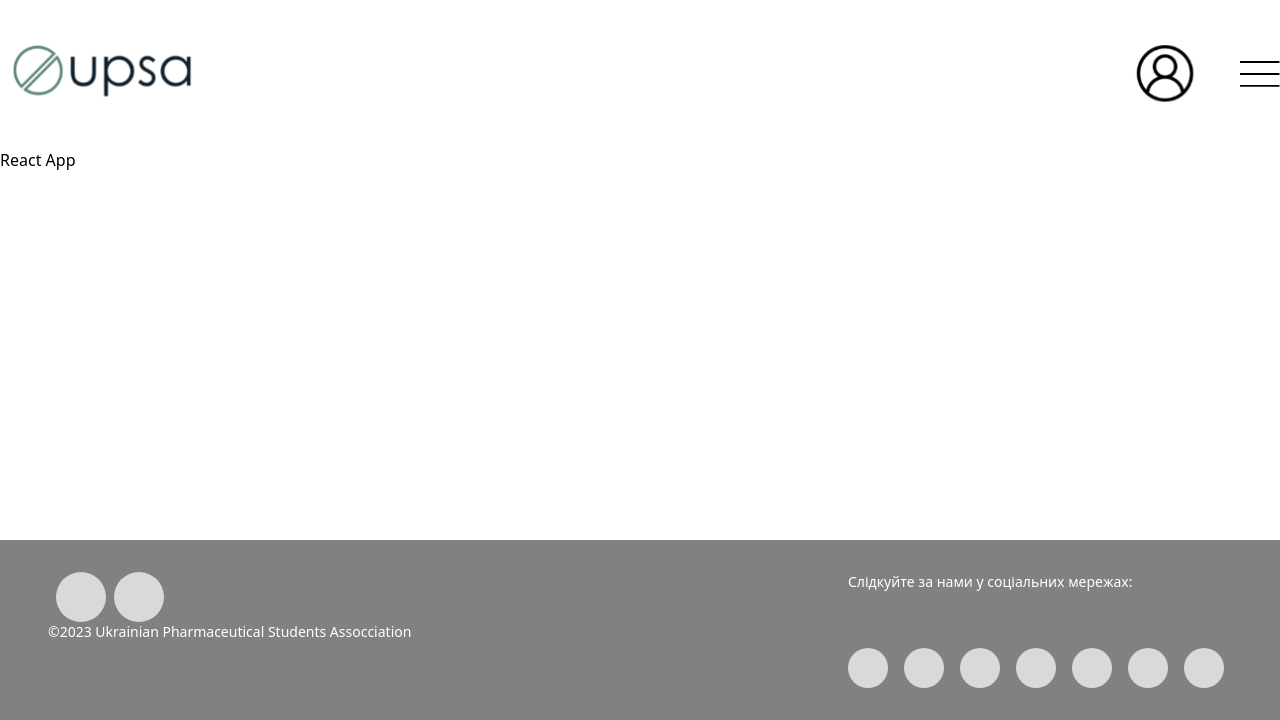
Repository: Alina-Khmilevska/UPSA-React
Page: /
These files come from the project's save history. The page is drawn as it stood at one moment and after the next save; the edit follows.
The browser window is 1280 px wide. The pictures show the whole page.
The project was rebuilt for these pictures with package versions that can differ from the ones it lists, and the page was loaded fresh each time. Also part of the build but not shown: src/components/header/menu/burgermenu/Menu.css.

Above is the page before, as saved 2023-09-26 16:36:05.

### src/App.js
import './App.css';
import Footer from './components/footer/Footer';
import Header from './components/header/Header';

export default function App() {
  return (
    <div className="flex flex-col min-h-screen">
      <Header />
      <main className="flex-1">
        <h1>React App</h1>
      </main>
      <Footer className="mt-auto" />
    </div>
  )
}

### src/App.css
.App {
  text-align: center;
}
.upsa-bg-grey {
  background-color: #818181;
}
.upsa-bg-button {
  background-color: #4A4948;
}

### src/components/footer/Footer.jsx
import React from "react";
import LanguageIcons from "../shared/icons/LanguageIcons";
import SocialIcons from "../shared/icons/SocialIcons";

const Footer = () => {
    return (
        <footer className="upsa-bg-grey text-white py-8 px-12">
            <div className="flex flex-row justify-between">
                <div className="flex flex-col justify-start">
                    <LanguageIcons />

                    <p className="text-sm">
                        &copy;{new Date().getFullYear()} Ukrainian Pharmaceutical Students Assocciation
                    </p>
                </div>
                <div className="flex flex-col ">
                    <p className="text-sm">
                        Слідкуйте за нами у соціальних мережах:
                    </p>
                    <SocialIcons />
                </div>
            </div>
        </footer>
    );
};

export default Footer;

### src/components/header/Header.jsx
import React, { useState } from "react";
import Logo from "./logo/Logo";
import BurgerIcon from "./menu/burgermenu/icons/BurgerIcon";
import Account from "./menu/account/Account";
import Menu from "./menu/burgermenu/Menu";


const Header = () => {
  const [isMenuOpen, setIsMenuOpen] = useState(false);

  const handleMenuToggle = () => {
    setIsMenuOpen(!isMenuOpen);
  };

  const handleCloseMenu = () => {
    setIsMenuOpen(false);
  };
  return (
    <header className="bg-white font-inter">
      <div className="container mx-auto flex items-center justify-between">
        <Logo />
        <div className="flex items-center justify-between">
          <Account />
          <BurgerIcon onClick={handleMenuToggle} />
          <Menu isOpen={isMenuOpen} onClose={handleCloseMenu} />
        </div>
      </div>
    </header>
  );
};

export default Header;

### src/components/shared/icons/LanguageIcons.jsx
import React from "react";
import Ellipse from "../../../assets/images/icons/tmp/ellipse.svg";

const LanguageIcons = () => {
    return (
        <div className="flex flex-row">
            <div className="px-2">
                <img src={Ellipse} alt="Ellipse" width={50} height={50} />
            </div>
            <img src={Ellipse} alt="Ellipse" width={50} height={50} />
        </div>
    );
};

export default LanguageIcons;

### src/components/shared/icons/SocialIcons.jsx
import React from "react";
import Ellipse from "../../../assets/images/icons/tmp/ellipse.svg";

const SocialIcons = () => {
    return (
        <div className="flex justify-start mt-14">
            <div className="pr-2">
                <img
                    src={Ellipse}
                    alt="Ellipse"
                    width={40}
                    height={40}
                />
            </div>
            <div className="px-2">
                <img
                    src={Ellipse}
                    alt="Ellipse"
                    width={40}
                    height={40}
                />
            </div>
            <div className="px-2">
                <img
                    src={Ellipse}
                    alt="Ellipse"
                    width={40}
                    height={40}
                />
            </div>
            <div className="px-2">
                <img
                    src={Ellipse}
                    alt="Ellipse"
                    width={40}
                    height={40}
                />
            </div>
            <div className="px-2">
                <img
                    src={Ellipse}
                    alt="Ellipse"
                    width={40}
                    height={40}
                />
            </div>
            <div className="px-2">
                <img
                    src={Ellipse}
                    alt="Ellipse"
                    width={40}
                    height={40}
                />
            </div>
            <div className="px-2">
                <img
                    src={Ellipse}
                    alt="Ellipse"
                    width={40}
                    height={40}
                />
            </div>

        </div>
    );
};

export default SocialIcons;

### src/components/header/logo/Logo.jsx
// Logo.jsx
import React from "react";
import ReactLogo from "../../../assets/images/icons/logo.svg";

const Logo = () => {
  return (
    <div className="text-2xl font-bold">

      <a href="/">
        <img src={ReactLogo}
          alt="Logo" width={210} height={150} />
      </a>
    </div>
  );
};

export default Logo;

### src/components/header/menu/burgermenu/icons/BurgerIcon.jsx
// BurgerIcon.jsx
import React from "react";
import Icon from "../../../../../assets/images/icons/burgerIcon.svg";

const BurgerIcon = ({ onClick }) => {
  return (
    <div className="cursor-pointer" onClick={onClick}>
      <img
        src={Icon}
        alt="Burger Icon"
        width={40}
        height={40}
      />
    </div>
  );
};

export default BurgerIcon;

### src/components/header/menu/account/Account.jsx
// Account.jsx
import React from "react";
import Icon from "../../../../assets/images/icons/account.svg";

const Account = ({ onClick }) => {
  return (
    <div className="mr-10">
    <a className="cursor-pointer" href="#">
      <img
        src={Icon}
        alt="Account Icon"
        width={70}
        height={56}
      />
    </a>
    </div>
  );
};

export default Account;

### src/components/header/menu/burgermenu/Menu.jsx
// Menu.jsx
import React from "react";
import CloseIcon from "./icons/CloseIcon";
import SocialIcons from "../../../shared/icons/SocialIcons";
import "./Menu.css";
import LanguageIcons from "../../../shared/icons/LanguageIcons";

const Menu = ({ isOpen, onClose }) => {
    const menuStyle = {
        width: isOpen ? "50%" : "0",
        right: isOpen ? "0" : "-50%",
    };

    return (
        <div
            className="upsa-bg-grey h-full text-white fixed top-0 right-0 transition-all duration-300 ease-in-out px-20"
            style={menuStyle}
        >
            <CloseIcon onClick={onClose} />
            <ul className="mt-32 mr-4 text-4xl font-light leading-loose">
                <li>Проекти</li>
                <li>Події</li>
                <li>Стати членом асоціації</li>
                <li>EPSA -Student Science ward</li>
                <li>Контакти</li>
                <li>Support Ukraine</li>
            </ul>

            <button className="upsa-bg-button rounded-md px-12 py-1 mt-10">
                <a href="#" className="font-light">
                    Увійти як член управління
                </a>
            </button>
            <SocialIcons />


            <div className="flex flex-row justify-between mt-14">
                <a href="mailto:upsa@gmail.com" className="font-light">
                    upsa@gmail.com
                </a>
                <LanguageIcons />
            </div>
        </div>
    );
};

export default Menu;

### src/components/header/menu/burgermenu/icons/CloseIcon.jsx
import React from "react";
import Icon from "../../../../../assets/images/icons/close.svg";

const CloseIcon = ({ onClick }) => {
  return (
    <button className="absolute top-10 right-10" onClick={onClick}>
      <img
        src={Icon}
        alt="Close Icon"
        width={50}
        height={50}
      />
    </button>
  );
};

export default CloseIcon;

Loaded but not shown: public/index.html (common file); src/index.js (common file); src/index.css (common file); src/reportWebVitals.js (common file); tailwind.config.js (common file)

After the next save:
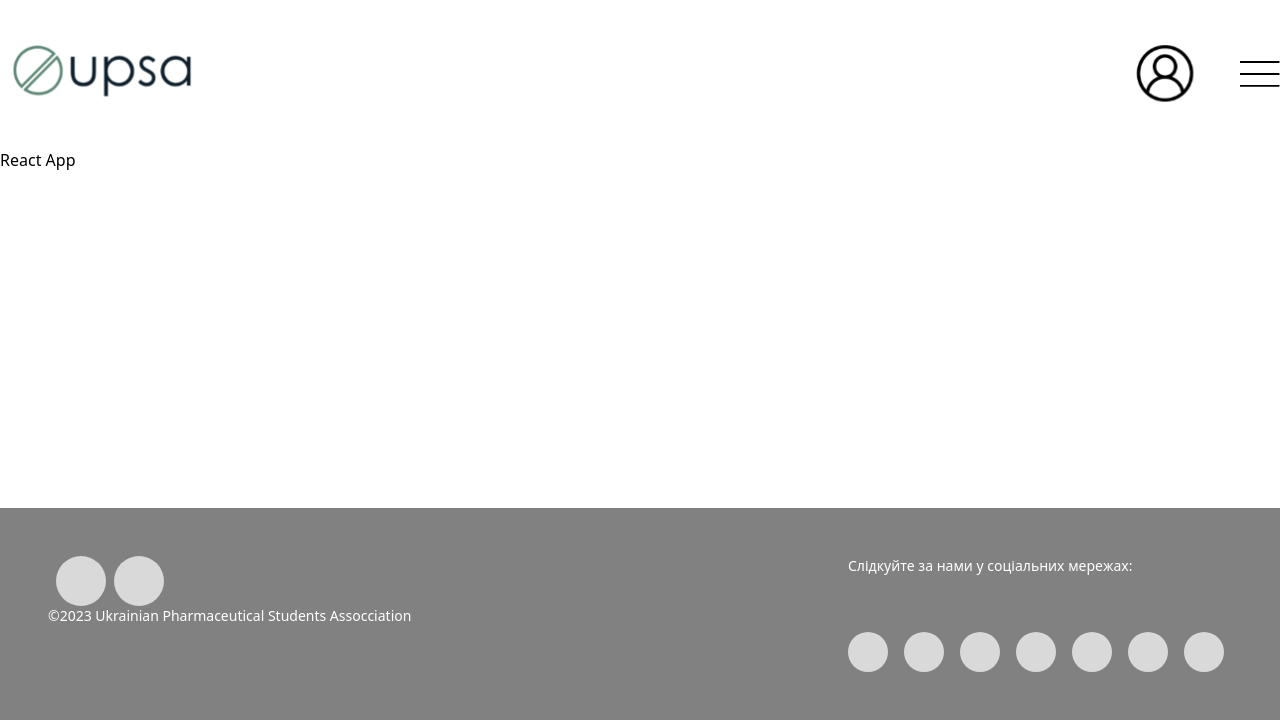
Saved 24 s later.
--- a/src/components/footer/Footer.jsx
+++ b/src/components/footer/Footer.jsx
@@ -4,7 +4,7 @@
 
 const Footer = () => {
     return (
-        <footer className="upsa-bg-grey text-white py-8 px-12">
+        <footer className="upsa-bg-grey text-white py-12 px-12">
             <div className="flex flex-row justify-between">
                 <div className="flex flex-col justify-start">
                     <LanguageIcons />
